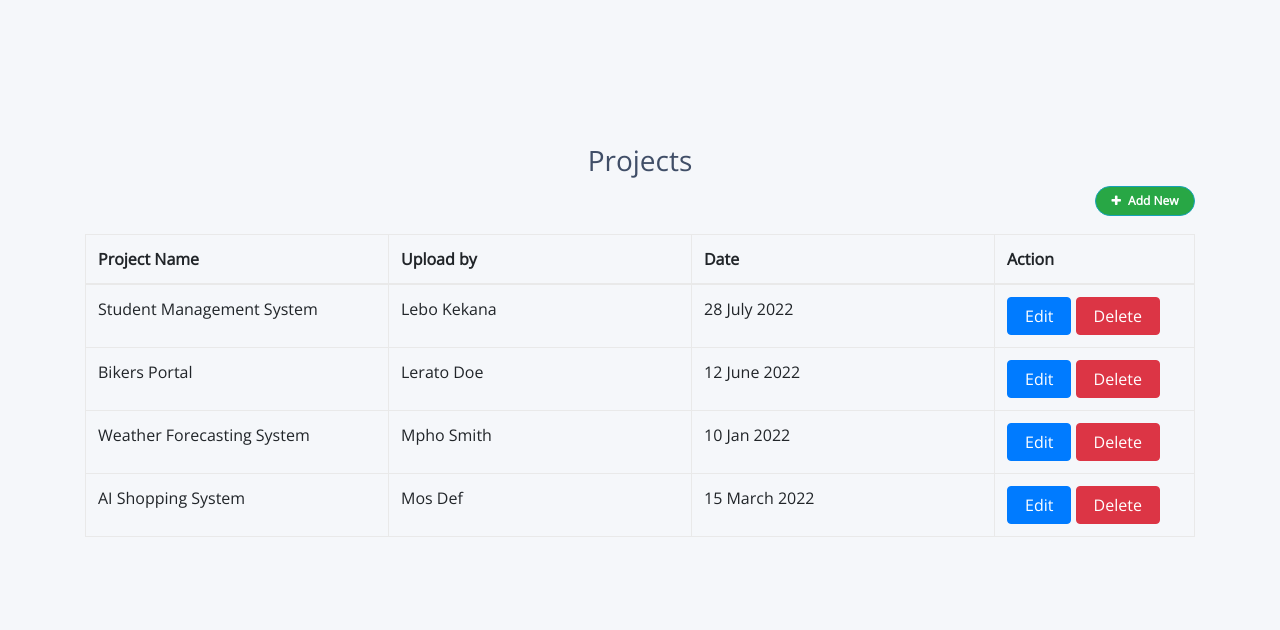
Repository: nkululeko-ndovela/Django_App
Page: Project/templates/index.html
These files come from the project's save history. The page is drawn as it stood at one moment and after a run of saves; the edit follows.
The browser window is 1280 px wide. The pictures show the whole page.
Some web fonts or font styles are not loaded; a fallback is used. The template is drawn by Django 3.2. The application's start-up code is not run. Other server files are loaded and not shown. The template is opened directly, without the code that normally fills it, so the values that code supplies are empty.

Above is the page before, as saved 2021-10-20 08:48:01.

### Project/templates/index.html
<!DOCTYPE html>
<html lang="en">
<head>
<meta charset="utf-8">
<meta name="viewport" content="width=device-width, initial-scale=1, shrink-to-fit=no">
<title>Projects</title>
<link rel="stylesheet" href="https://fonts.googleapis.com/css?family=Roboto|Varela+Round|Open+Sans">
<link rel="stylesheet" href="https://stackpath.bootstrapcdn.com/bootstrap/4.5.0/css/bootstrap.min.css">
<link rel="stylesheet" href="https://fonts.googleapis.com/icon?family=Material+Icons">
<link rel="stylesheet" href="https://maxcdn.bootstrapcdn.com/font-awesome/4.7.0/css/font-awesome.min.css">
<script src="https://code.jquery.com/jquery-3.5.1.min.js"></script>
<script src="https://cdn.jsdelivr.net/npm/popper.js@1.16.0/dist/umd/popper.min.js"></script>
<script src="https://stackpath.bootstrapcdn.com/bootstrap/4.5.0/js/bootstrap.min.js"></script>
<style>
body {
    color: #404E67;
    background: #F5F7FA;
    font-family: 'Open Sans', sans-serif;
}
h3 {
    text-align: center;
}

.table-title {
    padding-bottom: 10px;
    margin: 0 0 10px;
}
.table-title h2 {
    margin: 6px 0 0;
    font-size: 22px;
}
.table-title .add-new {
    float: right;
    height: 30px;
    font-weight: bold;
    font-size: 12px;
    text-shadow: none;
    min-width: 100px;
    border-radius: 50px;
    line-height: 13px;
}
.table-title .add-new i {
    margin-right: 4px;
}
table.table {
    table-layout: fixed;
}
table.table tr th, table.table tr td {
    border-color: #e9e9e9;
}
table.table th i {
    font-size: 13px;
    margin: 0 5px;
    cursor: pointer;
}
table.table th:last-child {
    width: 200px;
}
table.table td a {
    cursor: pointer;
    display: inline-block;
    margin: 0 5px;
    min-width: 16px;
}
table.table td a.add {
    color: #00ff73;
}
table.table td a.edit {
    color: #ffffff;
}
table.table td a.delete {
    color: #ffffff;
}
table.table td i {
    font-size: 16px;
}
table.table td a.add i {
    font-size: 24px;
    margin-right: -1px;
    position: relative;
    top: 3px;
}
table.table .form-control {
    height: 32px;
    line-height: 32px;
    box-shadow: none;
    border-radius: 2px;
}
table.table .form-control.error {
    border-color: #f50000;
}
table.table td .add {
    display: none;
}
</style>
<script>
$(document).ready(function(){
	$('[data-toggle="tooltip"]').tooltip();
	var actions = $("table td:last-child").html();

    $(".add-new").click(function(){
		$(this).attr("disabled", "disabled");
		var index = $("table tbody tr:last-child").index();
        var row = '<tr>' +
            '<td><input type="text" class="form-control" name="Project_Name" id="Project_Name"></td>' +
            '<td><input type="text" class="form-control" name="Upload_By" id="Upload_By"></td>' +
            '<td><input type="text" class="form-control" name="dated" id="dated"></td>' +
			'<td>' + actions + '</td>' +
        '</tr>';
    	$("table").append(row);
		$("table tbody tr").eq(index + 1).find(".add, .edit").toggle();
        $('[data-toggle="tooltip"]').tooltip();
    });
	$(document).on("click", ".add", function(){
		var empty = false;
		var input = $(this).parents("tr").find('input[type="text"]');
        input.each(function(){
			if(!$(this).val()){
				$(this).addClass("error");
				empty = true;
			} else{
                $(this).removeClass("error");
            }
		});
		$(this).parents("tr").find(".error").first().focus();
		if(!empty){
			input.each(function(){
				$(this).parent("td").html($(this).val());
			});
			$(this).parents("tr").find(".add, .edit").toggle();
			$(".add-new").removeAttr("disabled");
		}
    });

	$(document).on("click", ".edit", function(){
        $(this).parents("tr").find("td:not(:last-child)").each(function(){
			$(this).html('<input type="text" class="form-control" value="' + $(this).text() + '">');
		});
		$(this).parents("tr").find(".add, .edit").toggle();
		$(".add-new").attr("disabled", "disabled");
    });

	$(document).on("click", ".delete", function(){
        $(this).parents("tr").remove();
		$(".add-new").removeAttr("disabled");
    });
});
</script>
</head>
<body><br><br><br><br><br><br>
    <h3>Projects</h3>
<div class="container-lg">
    <div class="table-responsive">
            <div class="table-title">
                <div class="row">

                    <div class="col-sm-12">
                        <button type="button" class="btn btn-info add-new bg-success"><i class="fa fa-plus"></i> Add New</button>
                    </div><br><br>

            </div>
            <table class="table table-bordered">
                {% csrf_token %}
                <thead>
                    <tr>
                        <th>Project Name</th>
                        <th>Upload by</th>
                        <th>Date</th>
                        <th>Action</th>
                    </tr>
                </thead>
                <tbody>
                    <tr>
                        <td>Student Management System</td>
                        <td>Lebo Kekana</td>
                        <td>28 July 2022</td>
                        <td>
                            <a class="add" title="Add" data-toggle="tooltip">Add</a>
                            <button type="button" class="btn btn-primary"><a class="edit" title="Edit" data-toggle="tooltip">Edit</a></button>

                            <button type="button" class="btn btn-danger"><a class="delete" title="Delete" data-toggle="tooltip">Delete</a></button>
                        </td>
                    </tr>
                    <tr>
                        <td>Bikers Portal</td>
                        <td>Lerato Doe</td>
                        <td>12 June 2022</td>
                        <td>
                            <a class="add" title="Add" data-toggle="tooltip">Add</a>
                            <button type="button" class="btn btn-primary"><a class="edit" title="Edit" data-toggle="tooltip">Edit</a></button>

                            <button type="button" class="btn btn-danger"><a class="delete" title="Delete" data-toggle="tooltip">Delete</a></button>
                        </td>
                    </tr>
                    <tr>
                        <td>Weather Forecasting System</td>
                        <td>Mpho Smith</td>
                        <td>10 Jan 2022</td>
                        <td>
                            <a class="add" title="Add" data-toggle="tooltip">Add</a>
                            <button type="button" class="btn btn-primary"><a class="edit" title="Edit" data-toggle="tooltip">Edit</a></button>

                            <button type="button" class="btn btn-danger"><a class="delete" title="Delete" data-toggle="tooltip">Delete</a></button>
                        </td>
                    </tr>
                    <tr>
                        <td>AI Shopping System</td>
                        <td>Mos Def</td>
                        <td>15 March 2022</td>
                        <td>

                    <a class="add" title="Add" data-toggle="tooltip">Add</a>
                     <button type="button" class="btn btn-primary"><a class="edit" title="Edit" data-toggle="tooltip">Edit</a></button>
                      <button type="button" class="btn btn-danger"><a class="delete" title="Delete" data-toggle="tooltip">Delete</a></button>
                        </td>
                    </tr>
                </tbody>
            </table>
        </div>
</div>
</div>
</body>
</html>

After the next 7 saves:
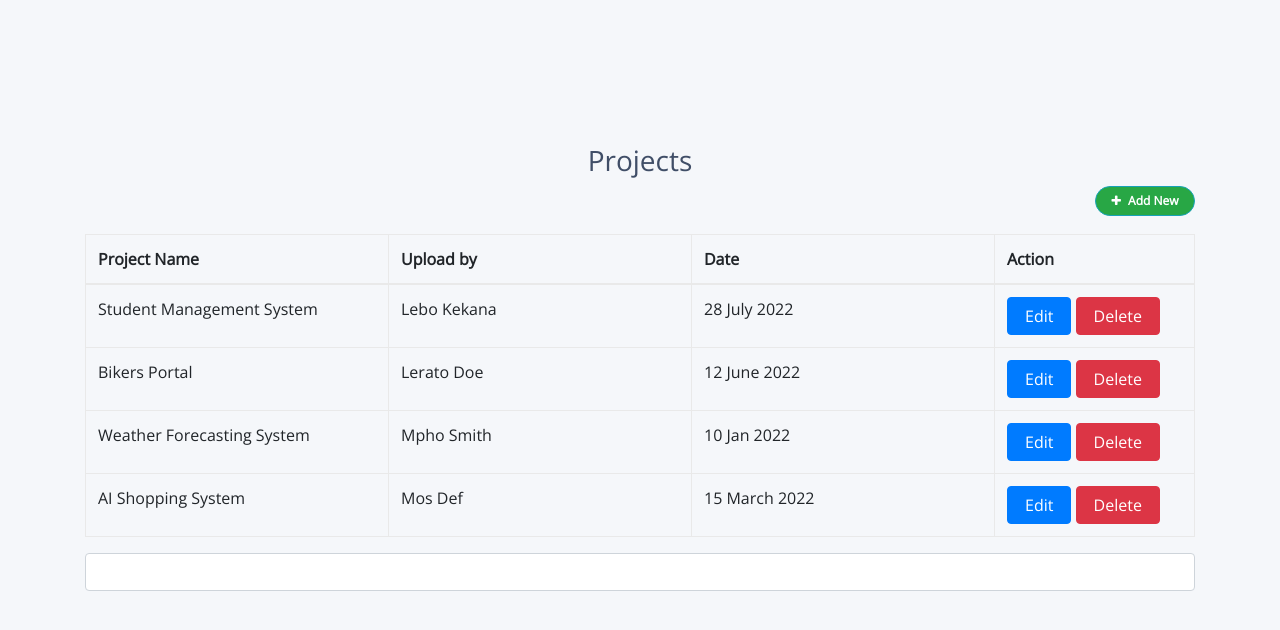
The 7 saves are shown as one change because they came seconds apart.
The last was saved 62 s later.
--- a/Project/templates/index.html
+++ b/Project/templates/index.html
@@ -216,6 +216,7 @@ $(document).ready(function(){
                     </tr>
                 </tbody>
             </table>
+            <input type="text" class="form-control"
         </div>
 </div>
 </div>
